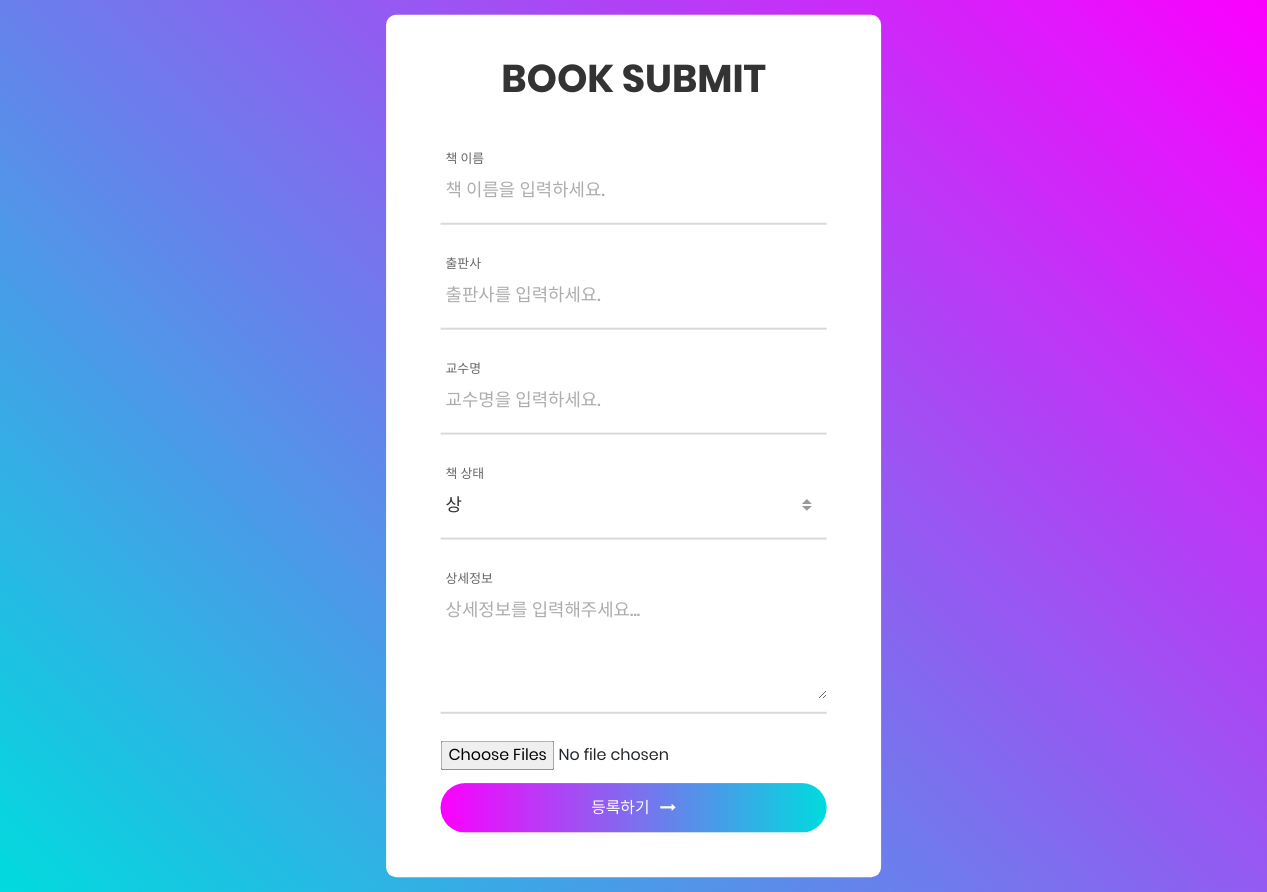
Repository: charmingjae/swproject
Page: http://localhost/bookBoard/ContactFrom_v4/write.jsp
An editor plug-in stored every save of this project. The page is shown before and after the next save, followed by the edit.
The browser window is 1280 px wide. The pictures show the whole page, at 99% of full size.
The page is served by Tomcat 9. Other server files are loaded and not shown.

Above is the page before, as saved 2019-12-18 06:44:41.

### JSP/bookBoard/bookBoard/WebContent/ContactFrom_v4/write.jsp
<%@ page language="java" contentType="text/html; charset=UTF-8"
    pageEncoding="UTF-8"%>
<!DOCTYPE html>
<html>
<head>
<meta charset="UTF-8">
<title>Insert title here</title>
<meta charset="UTF-8">
	<meta name="viewport" content="width=device-width, initial-scale=1">
<!--===============================================================================================-->
	<link rel="icon" type="image/png" href="images/icons/favicon.ico"/>
<!--===============================================================================================-->
	<link rel="stylesheet" type="text/css" href="vendor/bootstrap/css/bootstrap.min.css">
<!--===============================================================================================-->
	<link rel="stylesheet" type="text/css" href="fonts/font-awesome-4.7.0/css/font-awesome.min.css">
<!--===============================================================================================-->
	<link rel="stylesheet" type="text/css" href="vendor/animate/animate.css">
<!--===============================================================================================-->
	<link rel="stylesheet" type="text/css" href="vendor/css-hamburgers/hamburgers.min.css">
<!--===============================================================================================-->
	<link rel="stylesheet" type="text/css" href="vendor/animsition/css/animsition.min.css">
<!--===============================================================================================-->
	<link rel="stylesheet" type="text/css" href="vendor/select2/select2.min.css">
<!--===============================================================================================-->
	<link rel="stylesheet" type="text/css" href="vendor/daterangepicker/daterangepicker.css">
<!--===============================================================================================-->
	<link rel="stylesheet" type="text/css" href="css/util.css">
	<link rel="stylesheet" type="text/css" href="css/main.css">
<!--===============================================================================================-->
</head>
<body>


	<div class="container-contact100">
		<div class="wrap-contact100">
			<form class="contact100-form validate-form" action="../writeChk.jsp">
				<span class="contact100-form-title">
					BOOK SUBMIT
				</span>

				<div class="wrap-input100 validate-input" data-validate="책 이름을 입력하세요.">
					<span class="label-input100">책 이름</span>
					<input class="input100" type="text" name="bookname" placeholder="책 이름을 입력하세요.">
					<span class="focus-input100"></span>
				</div>

				<div class="wrap-input100 validate-input" data-validate = "출판사를 입력하세요.">
					<span class="label-input100">출판사</span>
					<input class="input100" type="text" name="publisher" placeholder="출판사를 입력하세요.">
					<span class="focus-input100"></span>
				</div>

				<div class="wrap-input100 validate-input" data-validate = "교수명을 입력하세요.">
					<span class="label-input100">교수명</span>
					<input class="input100" type="text" name="prof" placeholder="교수명을 입력하세요.">
					<span class="focus-input100"></span>
				</div>

				<div class="wrap-input100 input100-select">
					<span class="label-input100">책 상태</span>
					<div>
						<select class="selection-2" name="status">
							<option>상</option>
							<option>중</option>
							<option>하</option>
						</select>
					</div>
					<span class="focus-input100"></span>
				</div>

				<!-- <div class="wrap-input100 input100-select">
					<span class="label-input100">가격</span>
					<div>
						<select class="selection-2" name="budget">
							<option>구두 협의</option>
						</select>
					</div>
					<span class="focus-input100"></span>
				</div> -->

				<div class="wrap-input100 validate-input" data-validate = "상세정보를 입력하세요.">
					<span class="label-input100">상세정보</span>
					<textarea class="input100" name="summary" placeholder="상세정보를 입력해주세요..."></textarea>
					<span class="focus-input100"></span>
				</div>

				<div class="custom-file-upload">
				    <!--<label for="file">File: </label>-->
				    <input type="file" id="file" name="myfiles[]" multiple />
				</div>

				<div class="container-contact100-form-btn">
					<div class="wrap-contact100-form-btn">
						<div class="contact100-form-bgbtn"></div>
						<button class="contact100-form-btn" type="submit">
							<span>
								등록하기
								<i class="fa fa-long-arrow-right m-l-7" aria-hidden="true"></i>
							</span>
						</button>
					</div>
				</div>
			</form>
		</div>
	</div>



	<div id="dropDownSelect1"></div>

<!--===============================================================================================-->
	<script src="vendor/jquery/jquery-3.2.1.min.js"></script>
<!--===============================================================================================-->
	<script src="vendor/animsition/js/animsition.min.js"></script>
<!--===============================================================================================-->
	<script src="vendor/bootstrap/js/popper.js"></script>
	<script src="vendor/bootstrap/js/bootstrap.min.js"></script>
<!--===============================================================================================-->
	<script src="vendor/select2/select2.min.js"></script>
	<script>
		$(".selection-2").select2({
			minimumResultsForSearch: 20,
			dropdownParent: $('#dropDownSelect1')
		});
	</script>
<!--===============================================================================================-->
	<script src="vendor/daterangepicker/moment.min.js"></script>
	<script src="vendor/daterangepicker/daterangepicker.js"></script>
<!--===============================================================================================-->
	<script src="vendor/countdowntime/countdowntime.js"></script>
<!--===============================================================================================-->
	<script src="js/main.js"></script>

	<!-- Global site tag (gtag.js) - Google Analytics -->
<script async src="https://www.googletagmanager.com/gtag/js?id=UA-23581568-13"></script>
<script>
  window.dataLayer = window.dataLayer || [];
  function gtag(){dataLayer.push(arguments);}
  gtag('js', new Date());

  gtag('config', 'UA-23581568-13');
</script>

</body>
</html>

Loaded but not shown: JSP/bookBoard/bookBoard/WebContent/ContactFrom_v4/fonts/font-awesome-4.7.0/css/font-awesome.min.css (library); JSP/bookBoard/bookBoard/WebContent/ContactFrom_v4/js/main.js (70 lines, source omitted); JSP/bookBoard/bookBoard/WebContent/ContactFrom_v4/css/util.css (2984 lines, source omitted); JSP/bookBoard/bookBoard/WebContent/ContactFrom_v4/css/main.css (562 lines, source omitted)

After the next save:
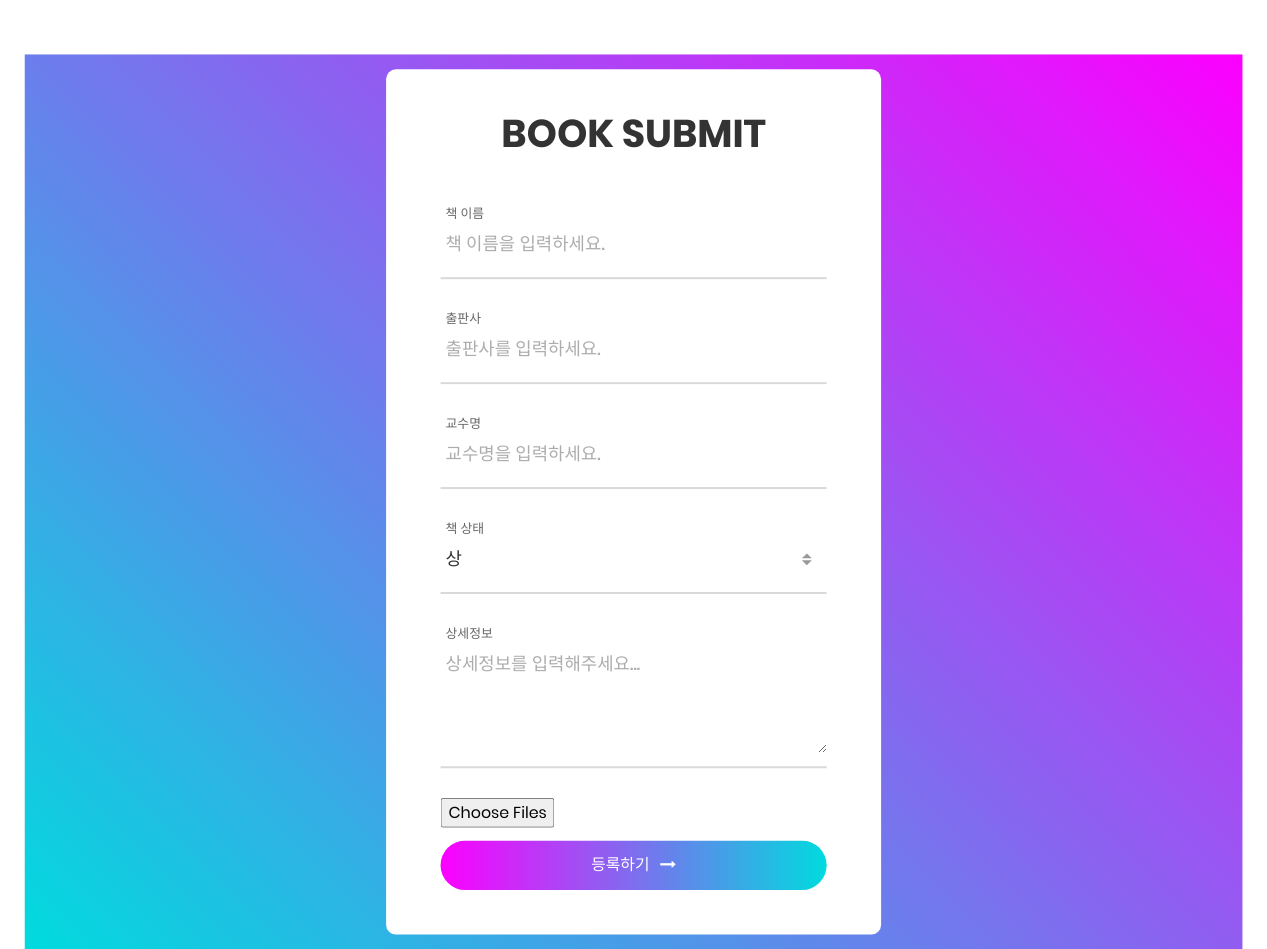
Not found: JSP/bookBoard/bookBoard/bookBoard/ContactFrom_v4/compass/css3
Saved 40 s later.
--- a/JSP/bookBoard/bookBoard/WebContent/ContactFrom_v4/write.jsp
+++ b/JSP/bookBoard/bookBoard/WebContent/ContactFrom_v4/write.jsp
@@ -27,6 +27,108 @@
 	<link rel="stylesheet" type="text/css" href="css/util.css">
 	<link rel="stylesheet" type="text/css" href="css/main.css">
 <!--===============================================================================================-->
+
+<style type="text/css">
+	@import "compass/css3";
+
+@import url("https://fonts.googleapis.com/css?family=Lato");
+
+$background: #e74c3c;
+$file-upload-color: #c0392b;
+$file-upload-size: 300px;
+
+* {
+    margin: 0;
+    padding: 0;
+    font-family: Lato, Arial;
+    @include box-sizing(border-box);
+}
+body {
+    color: #fff;
+    padding: 55px 25px;
+    background-color: $background;
+}
+h1 {
+    font-weight: normal;
+    font-size: 40px;
+    font-weight: normal;
+    text-transform: uppercase;
+    span {
+        font-size: 13px;
+        display: block;
+        padding-left: 4px;
+    }
+}
+p {
+  margin-top: 200px;
+  a {
+    text-transform: uppercase;
+    text-decoration: none;
+    display: inline-block;
+    color: #fff;
+    padding: 5px 10px;
+    margin: 0 5px;
+    background-color: darken($file-upload-color, 2);
+    @include transition(all 0.2s ease-in);
+    &:hover {
+      background-color: darken($file-upload-color, 5);
+    }
+  }
+}
+.custom-file-upload-hidden {
+    display: none;
+    visibility: hidden;
+    position: absolute;
+    left: -9999px;
+}
+.custom-file-upload {
+    display: block;
+    width: auto;
+    font-size: 16px;
+    margin-top: 30px;
+    //border: 1px solid #ccc;
+    label {
+        display: block;
+        margin-bottom: 5px;
+    }
+}
+
+.file-upload-wrapper {
+    position: relative;
+    margin-bottom: 5px;
+    //border: 1px solid #ccc;
+}
+.file-upload-input {
+    width: $file-upload-size;
+    color: #fff;
+    font-size: 16px;
+    padding: 11px 17px;
+    border: none;
+    background-color: $file-upload-color;
+    @include transition(all 0.2s ease-in);
+    float: left; /* IE 9 Fix */
+    &:hover, &:focus {
+        background-color: darken($file-upload-color, 5);
+        outline: none;
+    }
+}
+.file-upload-button {
+    cursor: pointer;
+    display: inline-block;
+    color: #fff;
+    font-size: 16px;
+    text-transform: uppercase;
+    padding: 11px 20px;
+    border: none;
+    margin-left: -1px;
+    background-color: darken($file-upload-color, 10);
+    float: left; /* IE 9 Fix */
+    @include transition(all 0.2s ease-in);
+    &:hover {
+        background-color: darken($file-upload-color, 20);
+    }
+}
+</style>
 </head>
 <body>
 

After the save that followed:
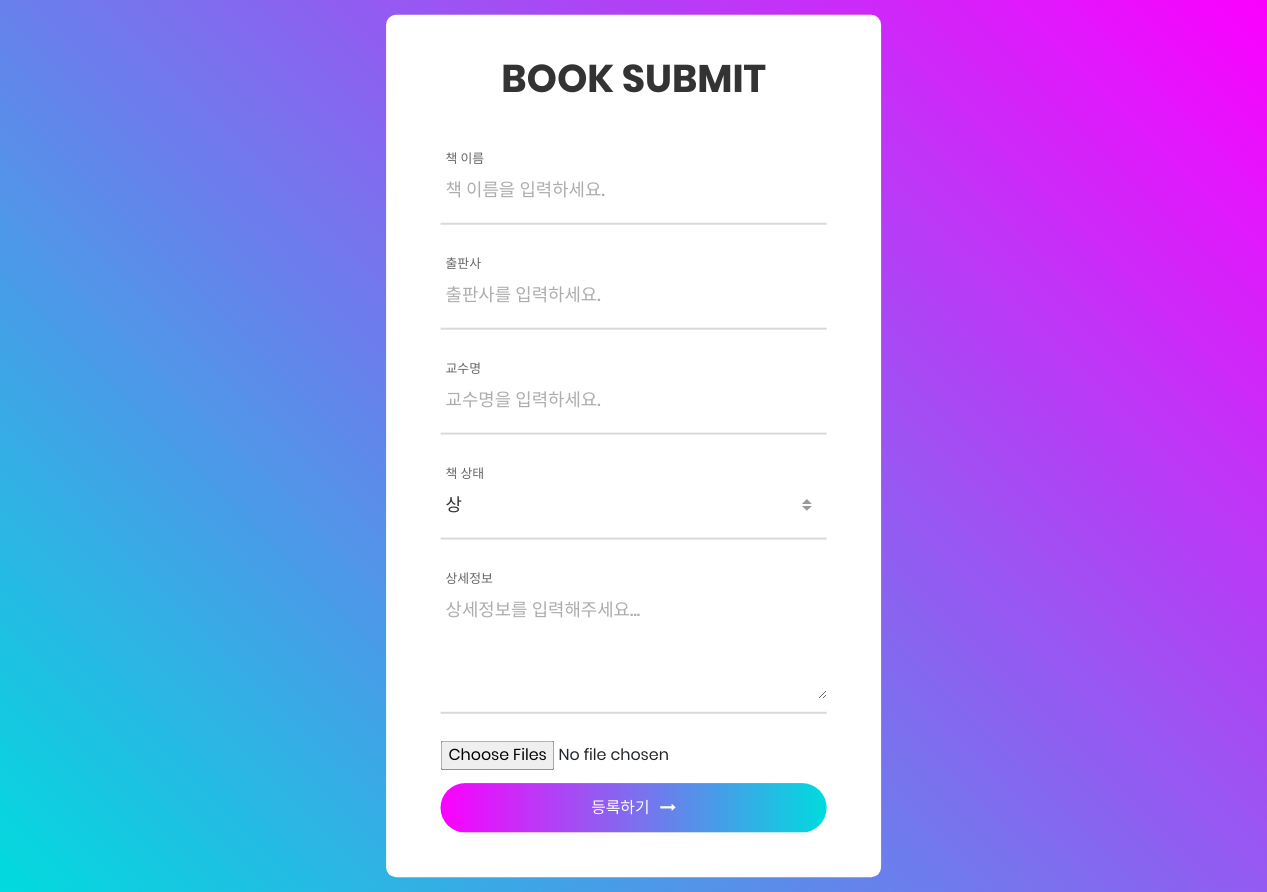
Saved 14 s later.
--- a/JSP/bookBoard/bookBoard/WebContent/ContactFrom_v4/write.jsp
+++ b/JSP/bookBoard/bookBoard/WebContent/ContactFrom_v4/write.jsp
@@ -28,107 +28,6 @@
 	<link rel="stylesheet" type="text/css" href="css/main.css">
 <!--===============================================================================================-->
 
-<style type="text/css">
-	@import "compass/css3";
-
-@import url("https://fonts.googleapis.com/css?family=Lato");
-
-$background: #e74c3c;
-$file-upload-color: #c0392b;
-$file-upload-size: 300px;
-
-* {
-    margin: 0;
-    padding: 0;
-    font-family: Lato, Arial;
-    @include box-sizing(border-box);
-}
-body {
-    color: #fff;
-    padding: 55px 25px;
-    background-color: $background;
-}
-h1 {
-    font-weight: normal;
-    font-size: 40px;
-    font-weight: normal;
-    text-transform: uppercase;
-    span {
-        font-size: 13px;
-        display: block;
-        padding-left: 4px;
-    }
-}
-p {
-  margin-top: 200px;
-  a {
-    text-transform: uppercase;
-    text-decoration: none;
-    display: inline-block;
-    color: #fff;
-    padding: 5px 10px;
-    margin: 0 5px;
-    background-color: darken($file-upload-color, 2);
-    @include transition(all 0.2s ease-in);
-    &:hover {
-      background-color: darken($file-upload-color, 5);
-    }
-  }
-}
-.custom-file-upload-hidden {
-    display: none;
-    visibility: hidden;
-    position: absolute;
-    left: -9999px;
-}
-.custom-file-upload {
-    display: block;
-    width: auto;
-    font-size: 16px;
-    margin-top: 30px;
-    //border: 1px solid #ccc;
-    label {
-        display: block;
-        margin-bottom: 5px;
-    }
-}
-
-.file-upload-wrapper {
-    position: relative;
-    margin-bottom: 5px;
-    //border: 1px solid #ccc;
-}
-.file-upload-input {
-    width: $file-upload-size;
-    color: #fff;
-    font-size: 16px;
-    padding: 11px 17px;
-    border: none;
-    background-color: $file-upload-color;
-    @include transition(all 0.2s ease-in);
-    float: left; /* IE 9 Fix */
-    &:hover, &:focus {
-        background-color: darken($file-upload-color, 5);
-        outline: none;
-    }
-}
-.file-upload-button {
-    cursor: pointer;
-    display: inline-block;
-    color: #fff;
-    font-size: 16px;
-    text-transform: uppercase;
-    padding: 11px 20px;
-    border: none;
-    margin-left: -1px;
-    background-color: darken($file-upload-color, 10);
-    float: left; /* IE 9 Fix */
-    @include transition(all 0.2s ease-in);
-    &:hover {
-        background-color: darken($file-upload-color, 20);
-    }
-}
-</style>
 </head>
 <body>
 
